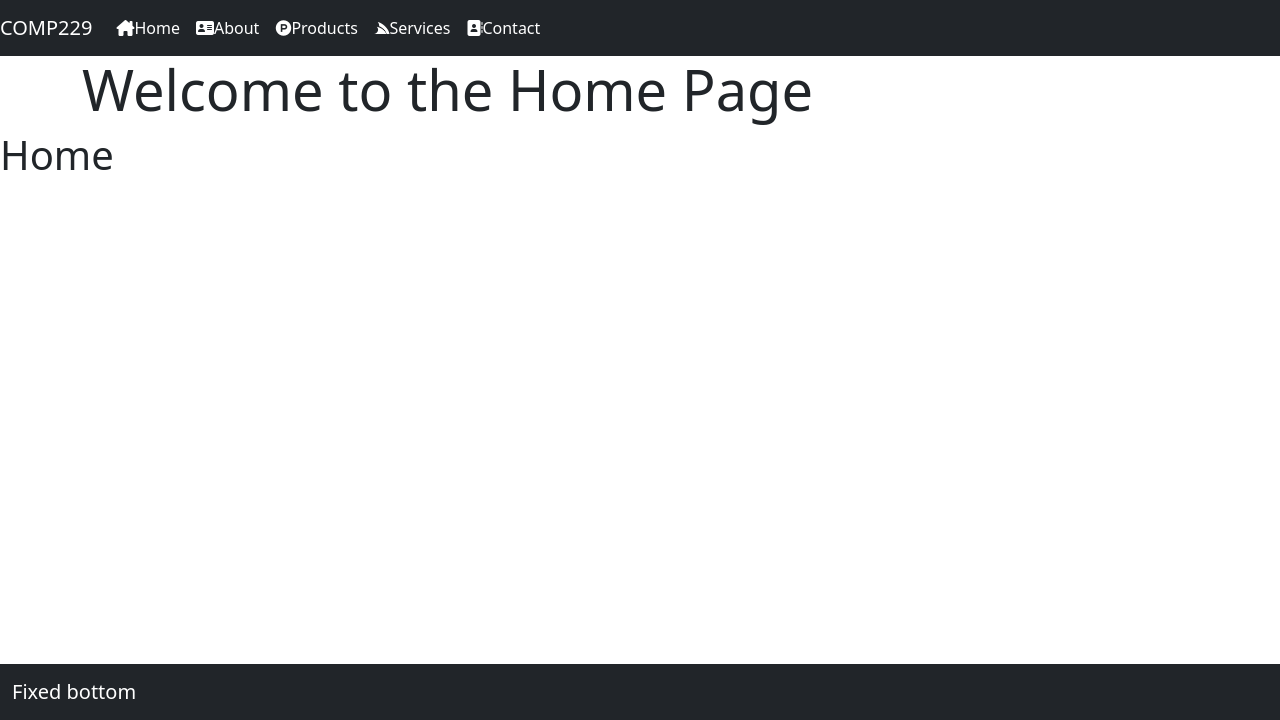
Repository: BlessingAjiboye/WEEK52023W
Page: http://localhost/
The author's editor kept a copy of each file at every save. The page is drawn from the files as they stood at one save, then again after a run of saves.
The browser window is 1280 px wide. The pictures show the whole page.
The page is served by the project's Node server (server.js).

Above is the page before, as saved 2023-01-26 11:35:53.

After the next 3 saves:
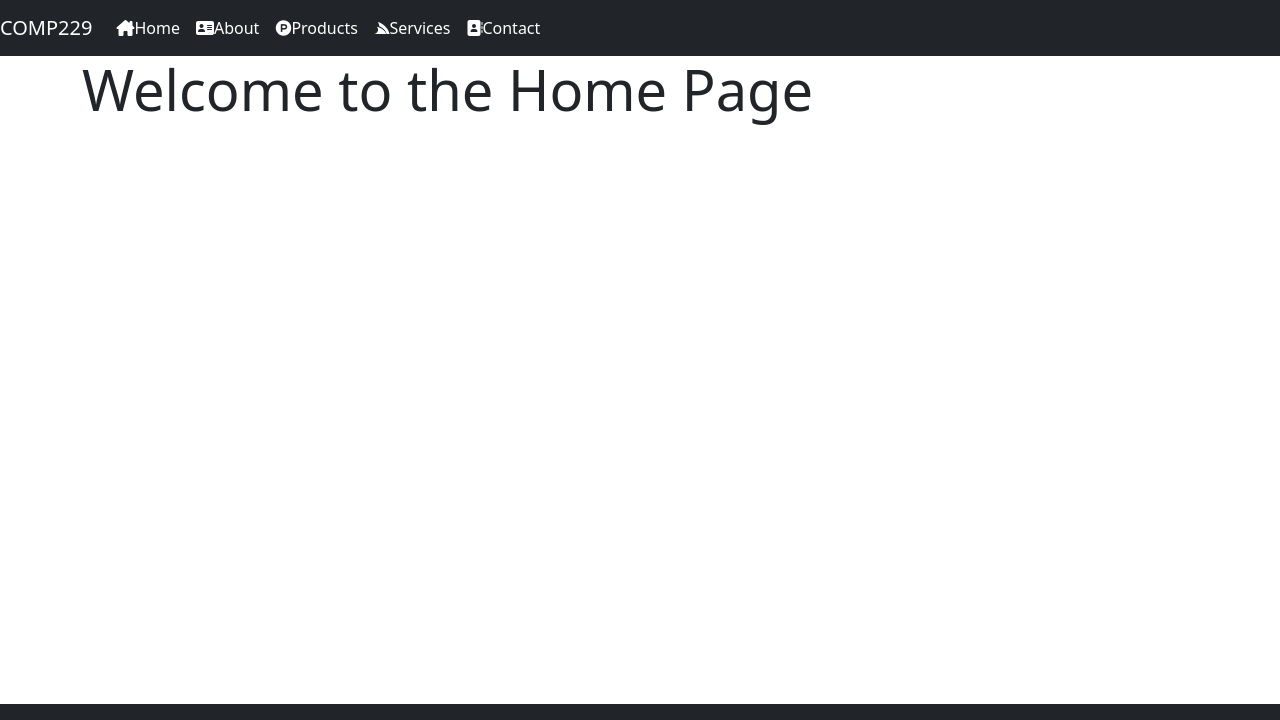
The 3 saves are shown as one change because they came seconds apart.
The last was saved 19 s later.
--- a/views/index.ejs
+++ b/views/index.ejs
@@ -68,7 +68,7 @@
   </main>
   <footer>
     <nav class="navbar fixed-bottom navbar-dark bg-dark">
-  <div class="container-fluid">
+  <!--<div class="container-fluid">
     <a class="navbar-brand" href="#">Fixed bottom</a>
   </div>
 </nav>

After the 2 saves that followed:
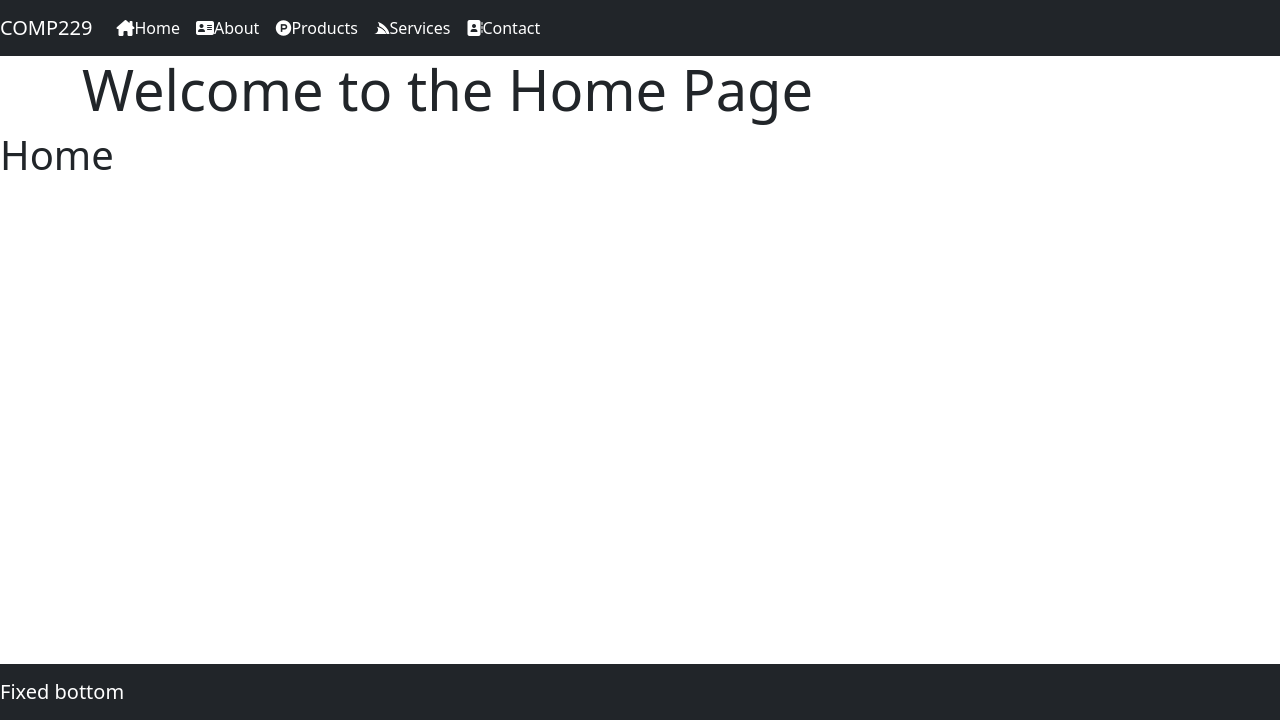
The 2 saves are shown as one change because they came seconds apart.
The last was saved 5 s later.
--- a/views/index.ejs
+++ b/views/index.ejs
@@ -68,7 +68,7 @@
   </main>
   <footer>
     <nav class="navbar fixed-bottom navbar-dark bg-dark">
-  <!--<div class="container-fluid">
+  <!--<div class="container-fluid">-->
     <a class="navbar-brand" href="#">Fixed bottom</a>
   </div>
 </nav>
